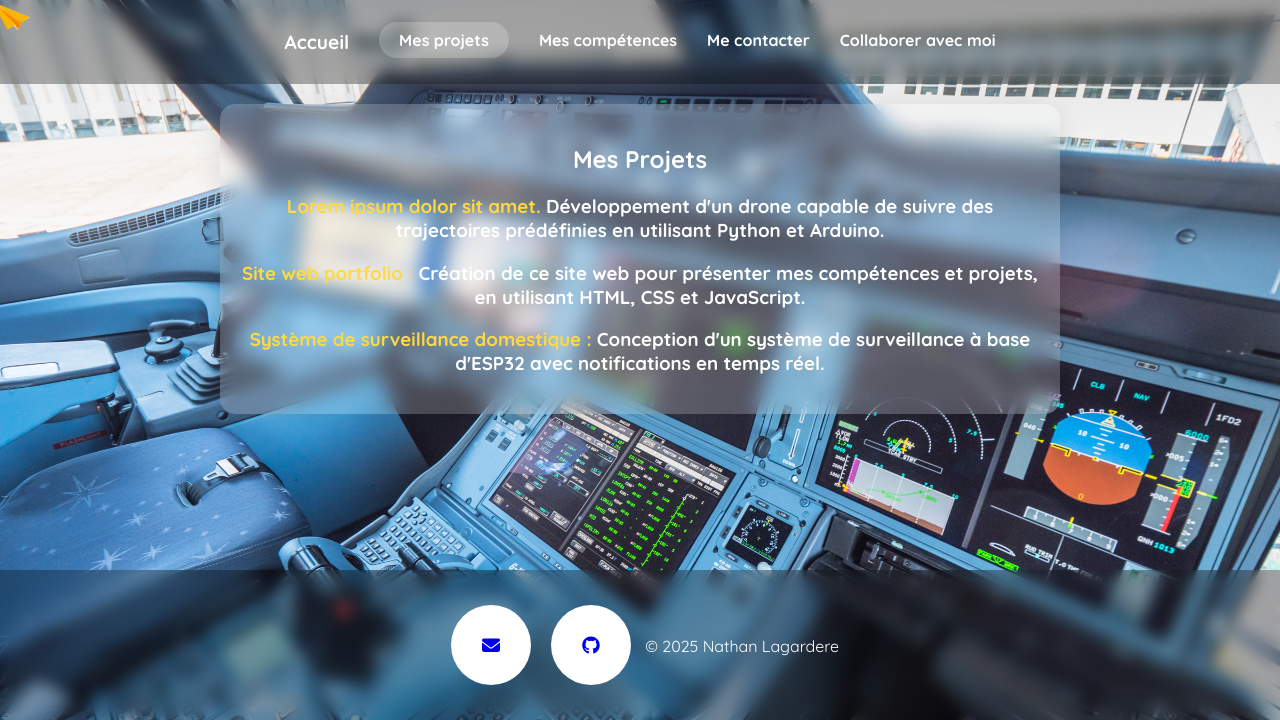
Repository: nlagardere/myportfolio
Page: projects.html
These files come from the project's save history. The page is drawn as it stood at one moment and after a run of saves; the edit follows.
The browser window is 1280 px wide. The pictures show the whole page.

Above is the page before, as saved 2025-09-06 10:59:00.

After the next 2 saves:
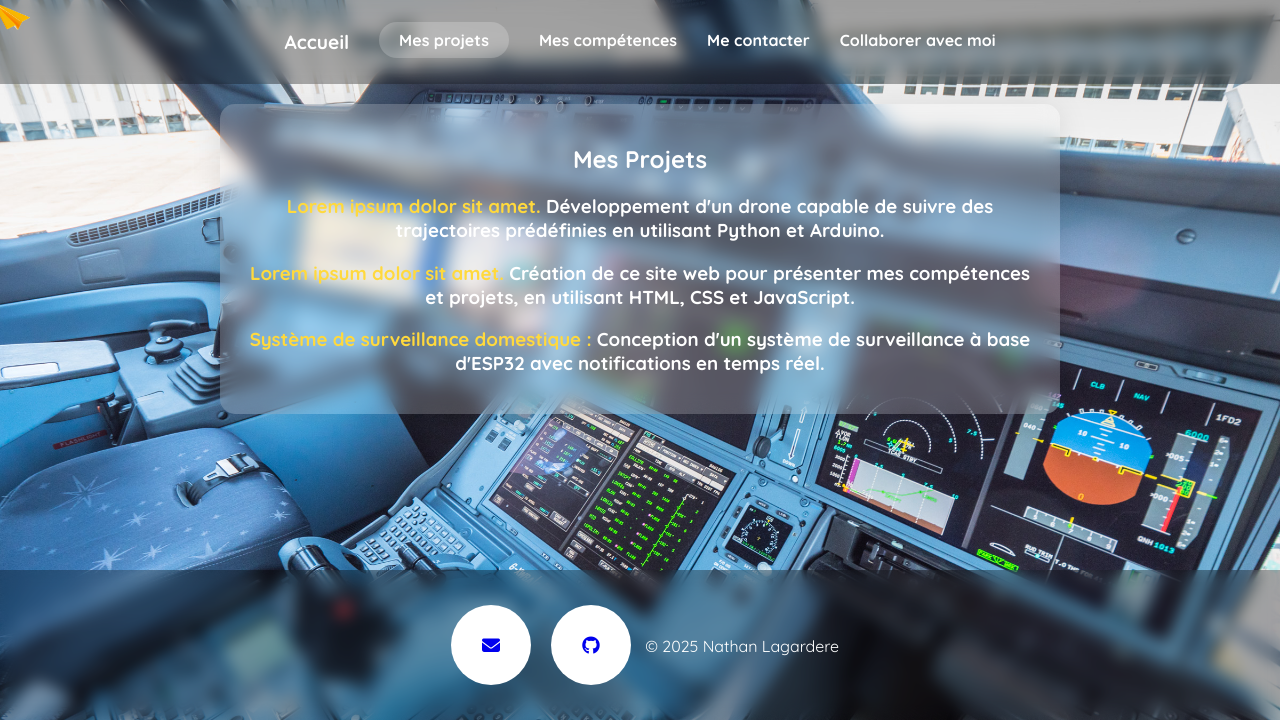
The 2 saves are shown as one change because they came seconds apart.
The last was saved 13 s later.
--- a/projects.html
+++ b/projects.html
@@ -233,7 +233,7 @@
     <div class="glasscard">
       <h2>Mes Projets</h2>
       <h3><span class="highlight">Lorem ipsum dolor sit amet.</span> Développement d'un drone capable de suivre des trajectoires prédéfinies en utilisant Python et Arduino.</h3>
-      <h3><span class="highlight">Site web portfolio :</span> Création de ce site web pour présenter mes compétences et projets, en utilisant HTML, CSS et JavaScript.</h3>
+      <h3><span class="highlight">Lorem ipsum dolor sit amet.</span> Création de ce site web pour présenter mes compétences et projets, en utilisant HTML, CSS et JavaScript.</h3>
       <h3><span class="highlight">Système de surveillance domestique :</span> Conception d'un système de surveillance à base d'ESP32 avec notifications en temps réel.</h3>
     </div>
   </div>
